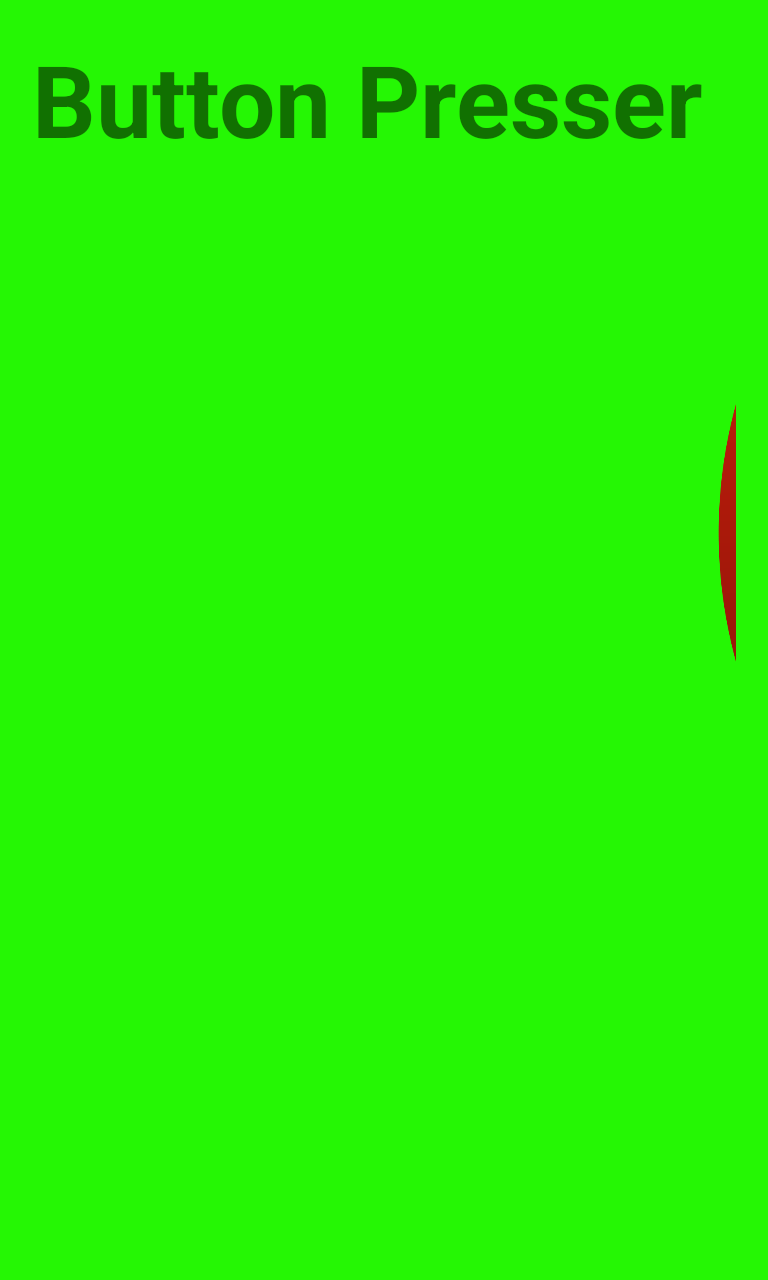
Repository: sameerisa/idtech-yale-android
Layout: ButtonPresser/res/layout/fragment_main.xml
The author's editor kept a copy of each file at every save. The layout is drawn from the files as they stood at one save, then again after the next save.
It is drawn on a 768 x 1280 px phone screen (xhdpi) without system bars, with theme AppTheme; the app's code is not run.

Above is the layout before, as saved 2014-06-25 19:29:40.

After the next save:
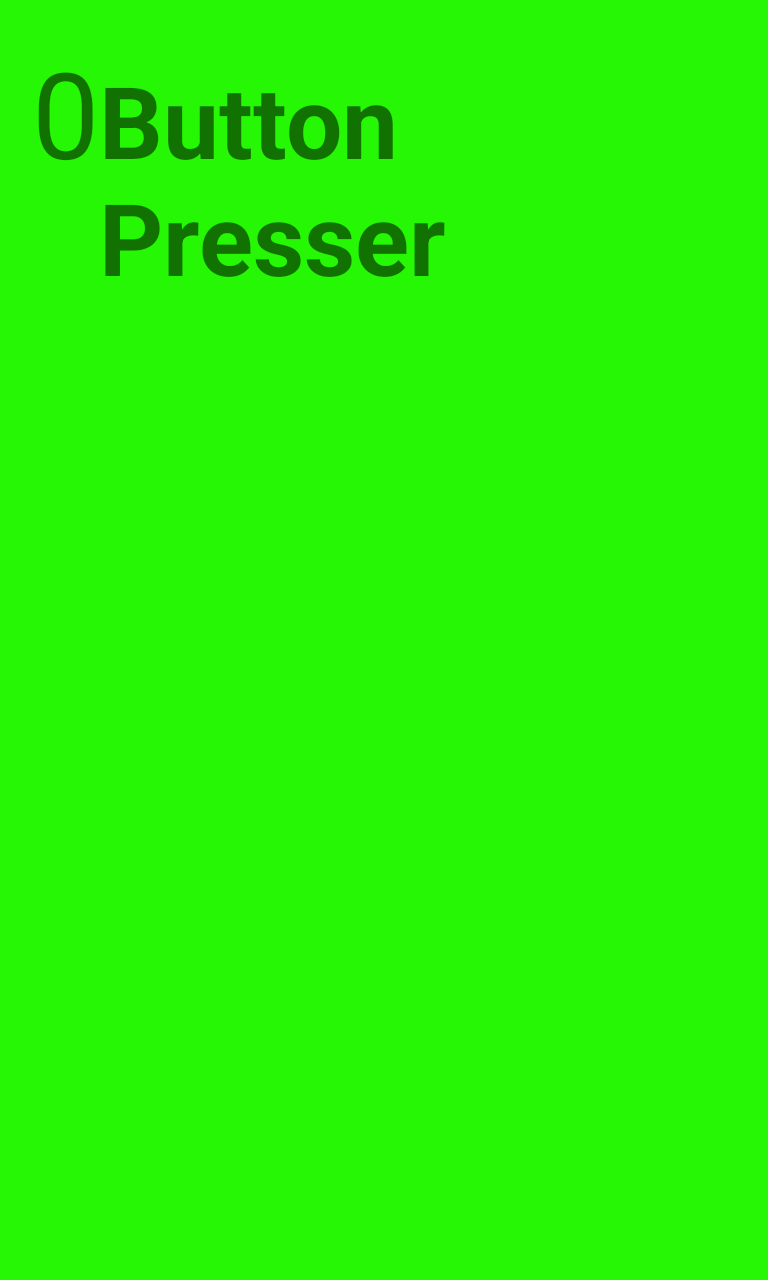
Saved 13 min 58 s later.
--- a/ButtonPresser/res/layout/fragment_main.xml
+++ b/ButtonPresser/res/layout/fragment_main.xml
@@ -11,7 +11,13 @@
     android:background="#25f704"
     android:orientation="horizontal">
 
-
+<TextView
+    android:id="@+id/counter"
+    android:layout_width="wrap_content"
+    android:layout_height="wrap_content"
+    android:text="0"
+    android:textSize="60sp"
+    />
     <TextView
         android:id="@+id/text"
         android:layout_width="wrap_content"
